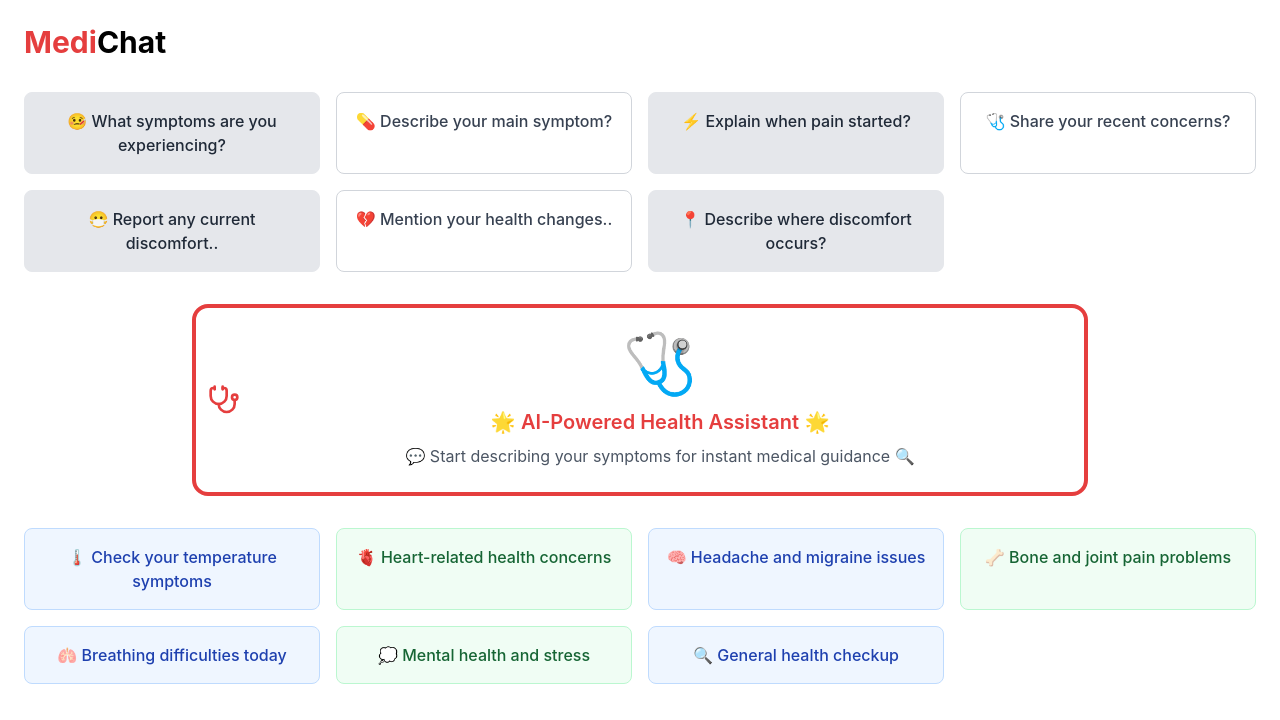
Repository: KarthikBalaji-007/telemedicine-frontend
Page: / (app in frontend_backup/medichat-frontend/)
An editor plug-in stored every save of this project. The page is shown before and after the next save, followed by the edit.
The browser window is 1280 px wide. The pictures show the whole page.
The project was rebuilt for these pictures with package versions that can differ from the ones it lists, and the page was loaded fresh each time. Also part of the build but not shown: frontend_backup/medichat-frontend/src/components/ChatInterface.jsx, frontend_backup/medichat-frontend/src/components/DiagnosisResult.jsx, frontend_backup/medichat-frontend/src/components/History.jsx.

Above is the page before, as saved 2025-08-13 02:24:25.

### frontend_backup/medichat-frontend/src/App.js
import React from 'react';
import { BrowserRouter as Router, Routes, Route } from 'react-router-dom';
import HomePage from './components/HomePage';
import ChatInterface from './components/ChatInterface';
import DiagnosisResult from './components/DiagnosisResult';
import History from './components/History';


function App() {
  return (
    <Router>
      <div className="App min-h-screen bg-gray-50">
        <Routes>
          <Route path="/" element={<HomePage />} />
          <Route path="/chat" element={<ChatInterface />} />
          <Route path="/diagnosis" element={<DiagnosisResult />} />
          <Route path="/history" element={<History />} />
        </Routes>
      </div>
    </Router>
  );
}

export default App;

### frontend_backup/medichat-frontend/src/components/HomePage.jsx
import React from 'react';
import { useNavigate } from 'react-router-dom';
import { Stethoscope } from 'lucide-react';

const HomePage = () => {
  const navigate = useNavigate();

  const symptomCards = [
    "🤒 What symptoms are you experiencing?",
    "💊 Describe your main symptom?",
    "⚡ Explain when pain started?",
    "🩺 Share your recent concerns?",
    "😷 Report any current discomfort..",
    "💔 Mention your health changes..",
    "📍 Describe where discomfort occurs?"
  ];

  // Different content for bottom cards to avoid repetition
  const bottomCards = [
    "🌡️ Check your temperature symptoms",
    "🫀 Heart-related health concerns",
    "🧠 Headache and migraine issues",
    "🦴 Bone and joint pain problems",
    "🫁 Breathing difficulties today",
    "💭 Mental health and stress",
    "🔍 General health checkup"
  ];

  const handleCardClick = (symptom) => {
    navigate('/chat', { state: { initialSymptom: symptom } });
  };

  return (
    <div className="min-h-screen bg-white p-6">
      {/* Header */}
      <div className="flex items-center mb-8">
        <h1 className="text-3xl font-bold">
          <span className="text-medical-red">Medi</span>
          <span className="text-black">Chat</span>
        </h1>
      </div>

      {/* Top Symptom Cards Grid */}
      <div className="grid grid-cols-1 md:grid-cols-2 lg:grid-cols-4 gap-4 mb-8">
        {symptomCards.map((symptom, index) => (
          <div
            key={index}
            onClick={() => handleCardClick(symptom)}
            className={`p-4 rounded-lg border cursor-pointer transition-all hover:shadow-md ${
              index % 2 === 0
                ? 'bg-gray-200 text-gray-800'
                : 'bg-white border-gray-300 text-gray-700'
            }`}
          >
            <p className="text-center font-medium">{symptom}</p>
          </div>
        ))}
      </div>

      {/* Main Chat Input with Medical Emoji */}
      <div className="max-w-4xl mx-auto">
        <div className="relative">
          <Stethoscope className="absolute left-4 top-1/2 transform -translate-y-1/2 text-medical-red w-8 h-8" />
          <div className="border-4 border-medical-red rounded-2xl p-6 pl-16 bg-white">
            <div className="flex items-center justify-center">
              <div className="text-6xl mb-4">🩺</div>
            </div>
            <div className="text-center">
              <p className="text-xl text-gray-700 mb-2">
                🌟 <span className="font-semibold text-medical-red">AI-Powered Health Assistant</span> 🌟
              </p>
              <p className="text-gray-600">
                💬 Start describing your symptoms for instant medical guidance 🔍
              </p>
            </div>
          </div>
        </div>
      </div>

      {/* Bottom Different Content Cards */}
      <div className="grid grid-cols-1 md:grid-cols-2 lg:grid-cols-4 gap-4 mt-8">
        {bottomCards.map((card, index) => (
          <div
            key={`bottom-${index}`}
            onClick={() => handleCardClick(card)}
            className={`p-4 rounded-lg border cursor-pointer transition-all hover:shadow-md ${
              index % 2 === 0
                ? 'bg-blue-50 border-blue-200 text-blue-800'
                : 'bg-green-50 border-green-200 text-green-800'
            }`}
          >
            <p className="text-center font-medium">{card}</p>
          </div>
        ))}
      </div>
    </div>
  );
};

export default HomePage;

### frontend_backup/medichat-frontend/tailwind.config.js
/** @type {import('tailwindcss').Config} */
module.exports = {
  content: [
    "./src/**/*.{js,jsx,ts,tsx}",
  ],
  theme: {
    extend: {
      colors: {
        'medical-red': '#E53E3E',
        'medical-gray': '#F7FAFC',
      }
    },
  },
  plugins: [],
}

Loaded but not shown: frontend_backup/medichat-frontend/public/index.html (common file); frontend_backup/medichat-frontend/src/index.js (common file); frontend_backup/medichat-frontend/src/index.css (common file)

After the next save:
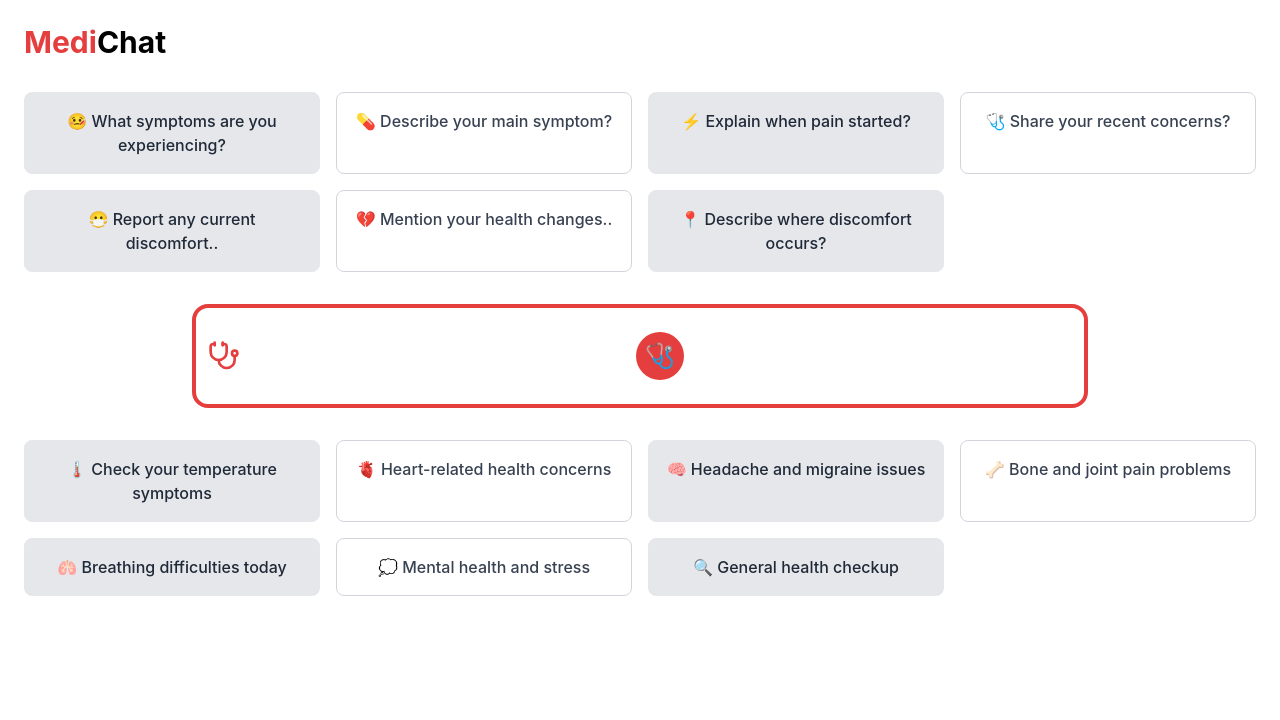
Saved 3 min 2 s later.
--- a/frontend_backup/medichat-frontend/src/components/HomePage.jsx
+++ b/frontend_backup/medichat-frontend/src/components/HomePage.jsx
@@ -15,7 +15,7 @@ const HomePage = () => {
     "📍 Describe where discomfort occurs?"
   ];
 
-  // Different content for bottom cards to avoid repetition
+  // Different content for bottom cards to avoid repetition (but keeping original colors)
   const bottomCards = [
     "🌡️ Check your temperature symptoms",
     "🫀 Heart-related health concerns",
@@ -40,7 +40,7 @@ const HomePage = () => {
         </h1>
       </div>
 
-      {/* Top Symptom Cards Grid */}
+      {/* Top Symptom Cards Grid - Original Colors */}
       <div className="grid grid-cols-1 md:grid-cols-2 lg:grid-cols-4 gap-4 mb-8">
         {symptomCards.map((symptom, index) => (
           <div
@@ -57,27 +57,21 @@ const HomePage = () => {
         ))}
       </div>
 
-      {/* Main Chat Input with Medical Emoji */}
+      {/* Main Chat Input with Medical Emoji - Original Structure */}
       <div className="max-w-4xl mx-auto">
         <div className="relative">
           <Stethoscope className="absolute left-4 top-1/2 transform -translate-y-1/2 text-medical-red w-8 h-8" />
           <div className="border-4 border-medical-red rounded-2xl p-6 pl-16 bg-white">
             <div className="flex items-center justify-center">
-              <div className="text-6xl mb-4">🩺</div>
-            </div>
-            <div className="text-center">
-              <p className="text-xl text-gray-700 mb-2">
-                🌟 <span className="font-semibold text-medical-red">AI-Powered Health Assistant</span> 🌟
-              </p>
-              <p className="text-gray-600">
-                💬 Start describing your symptoms for instant medical guidance 🔍
-              </p>
+              <div className="w-12 h-12 bg-medical-red rounded-full flex items-center justify-center">
+                <div className="text-2xl">🩺</div>
+              </div>
             </div>
           </div>
         </div>
       </div>
 
-      {/* Bottom Different Content Cards */}
+      {/* Bottom Cards - Original Colors, Different Content */}
       <div className="grid grid-cols-1 md:grid-cols-2 lg:grid-cols-4 gap-4 mt-8">
         {bottomCards.map((card, index) => (
           <div
@@ -85,8 +79,8 @@ const HomePage = () => {
             onClick={() => handleCardClick(card)}
             className={`p-4 rounded-lg border cursor-pointer transition-all hover:shadow-md ${
               index % 2 === 0
-                ? 'bg-blue-50 border-blue-200 text-blue-800'
-                : 'bg-green-50 border-green-200 text-green-800'
+                ? 'bg-gray-200 text-gray-800'
+                : 'bg-white border-gray-300 text-gray-700'
             }`}
           >
             <p className="text-center font-medium">{card}</p>
